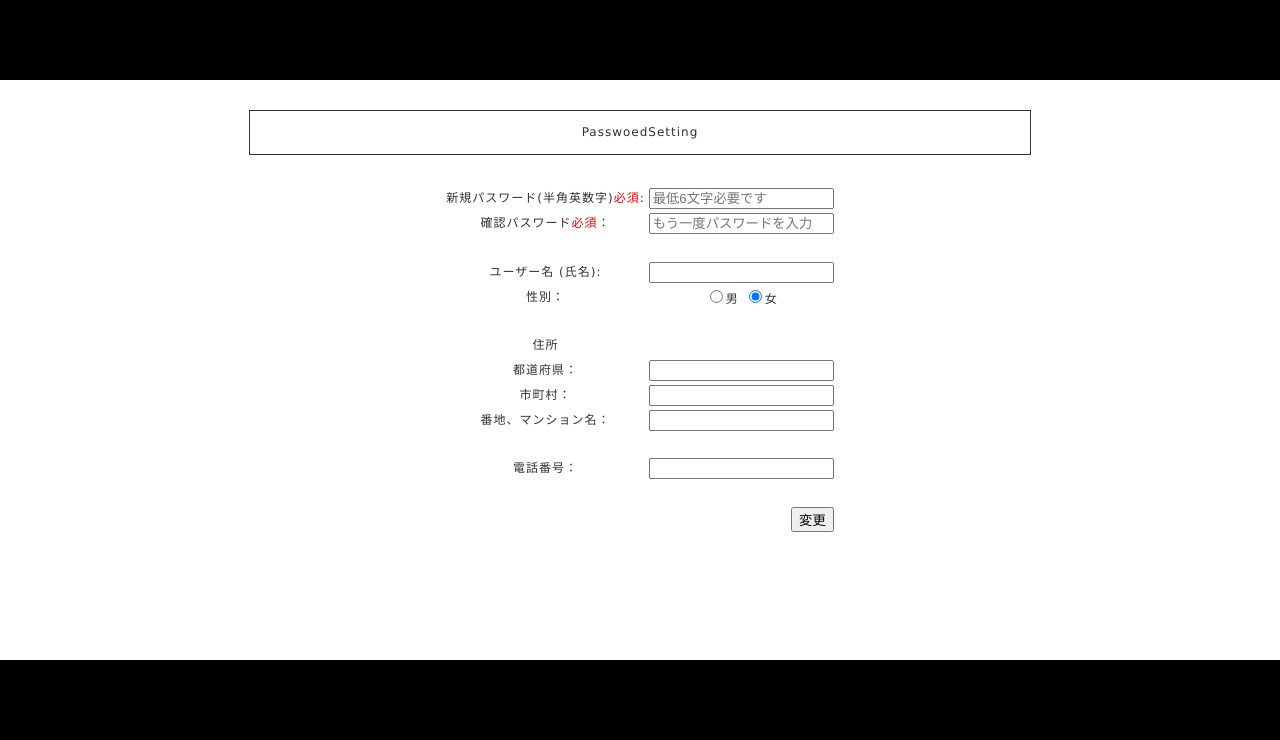
Repository: y321sudo/test2
Page: http://localhost/Yukazon/passwordSetting.jsp
These files come from the project's save history. The page is drawn as it stood at one moment and after the next save; the edit follows.
The browser window is 1280 px wide. The pictures show the whole page.
The page is served by Tomcat 9.

Above is the page before, as saved 2018-02-23 02:51:21.

After the next save:
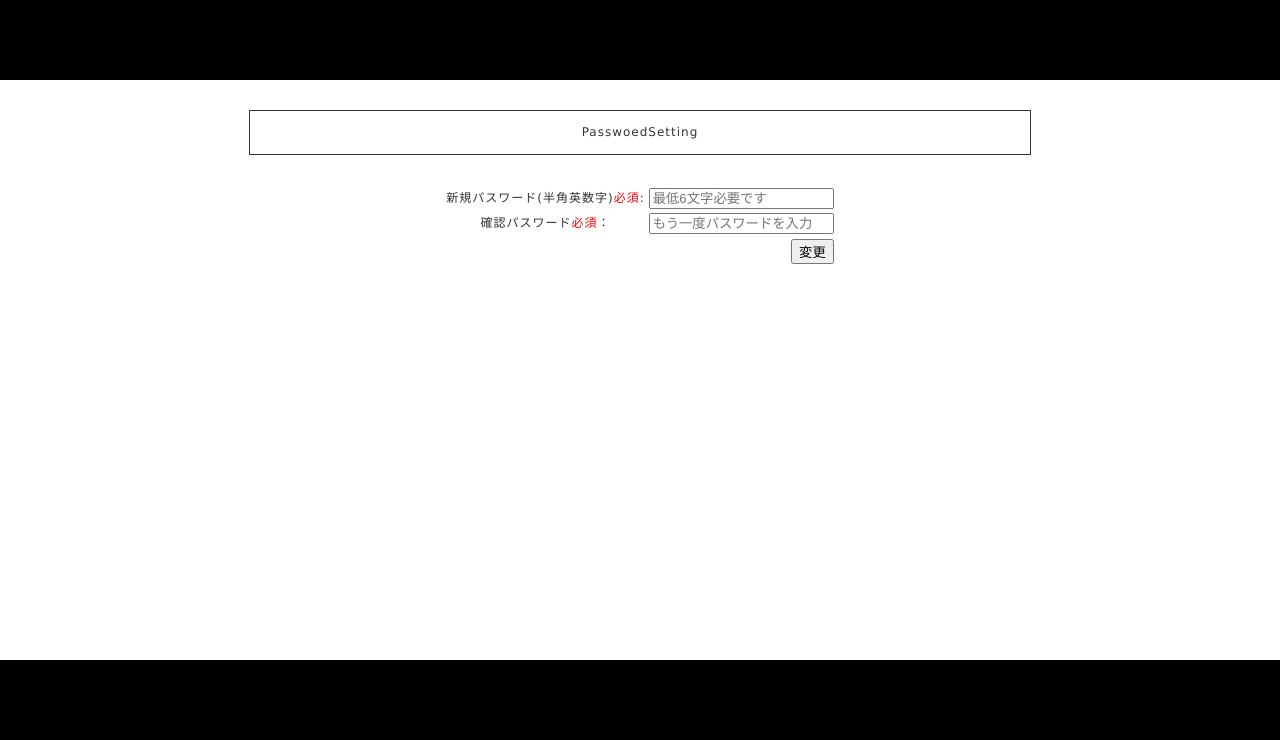
Saved 71 min 19 s later.
--- a/Yukazon/WebContent/passwordSetting.jsp
+++ b/Yukazon/WebContent/passwordSetting.jsp
@@ -84,86 +84,7 @@
 						value="<s:property value="session.loginUser.loginPassword"/>" />
 					</td>
 				</tr>
-				<tr>
-					<td>
-						<br>
-					</td>
-				</tr>
-				<tr>
-					<td>
-						<label>ユーザー名 (氏名):</label>
-					</td>
-					<td>
-						<input type="text" name="userName" value="<s:property value="session.loginUser.userName"/>" />
-					</td>
-				</tr>
-				<tr>
-					<td>
-						<label>性別：</label>
-					</td>
-					<td>
-						<s:if test='session.loginUser.userSex == "男"'>
-						<input type="radio" name="sex" value="男" checked="checked">男
-						<input type="radio" name="sex" value="女">女
-						</s:if>
-						<s:else>
-							<input type="radio" name="sex" value="男">男
-							<input type="radio" name="sex" value="女" checked="checked">女
-						</s:else>
-					</td>
-				</tr>
-				<tr>
-					<td>
-						<br>
-					</td>
-				</tr>
-				<tr>
-					<td>
-						<label>住所</label>
-					</td>
-				</tr>
-				<tr>
-					<td>
-						<label>都道府県：</label>
-					</td>
-					<td>
-						<input type="text" name="userAddress1" value="<s:property value="session.loginUser.userAddress1"/>" />
-					</td>
-				</tr>
-				<tr>
-					<td>
-						<label>市町村：</label>
-					</td>
-					<td>
-						<input type="text" name="userAddress2" value="<s:property value="session.loginUser.userAddress2"/>" />
-					</td>
-				</tr>
-				<tr>
-					<td>
-						<label>番地、マンション名：</label>
-					</td>
-					<td>
-						<input type="text" name="userAddress3" value="<s:property value="session.loginUser.userAddress3"/>" />
-					</td>
-				</tr>
-				<tr>
-					<td>
-						<br>
-					</td>
-				</tr>
-				<tr>
-					<td>
-						<label>電話番号：</label>
-					</td>
-					<td>
-						<input type="text" name="tell" value="<s:property value="session.loginUser.userTell"/>" />
-					</td>
-				</tr>
-				<tr>
-					<td>
-						<br>
-					</td>
-				</tr>
+
 				<s:submit value="変更"/>
 			</s:form>
 		</div>
